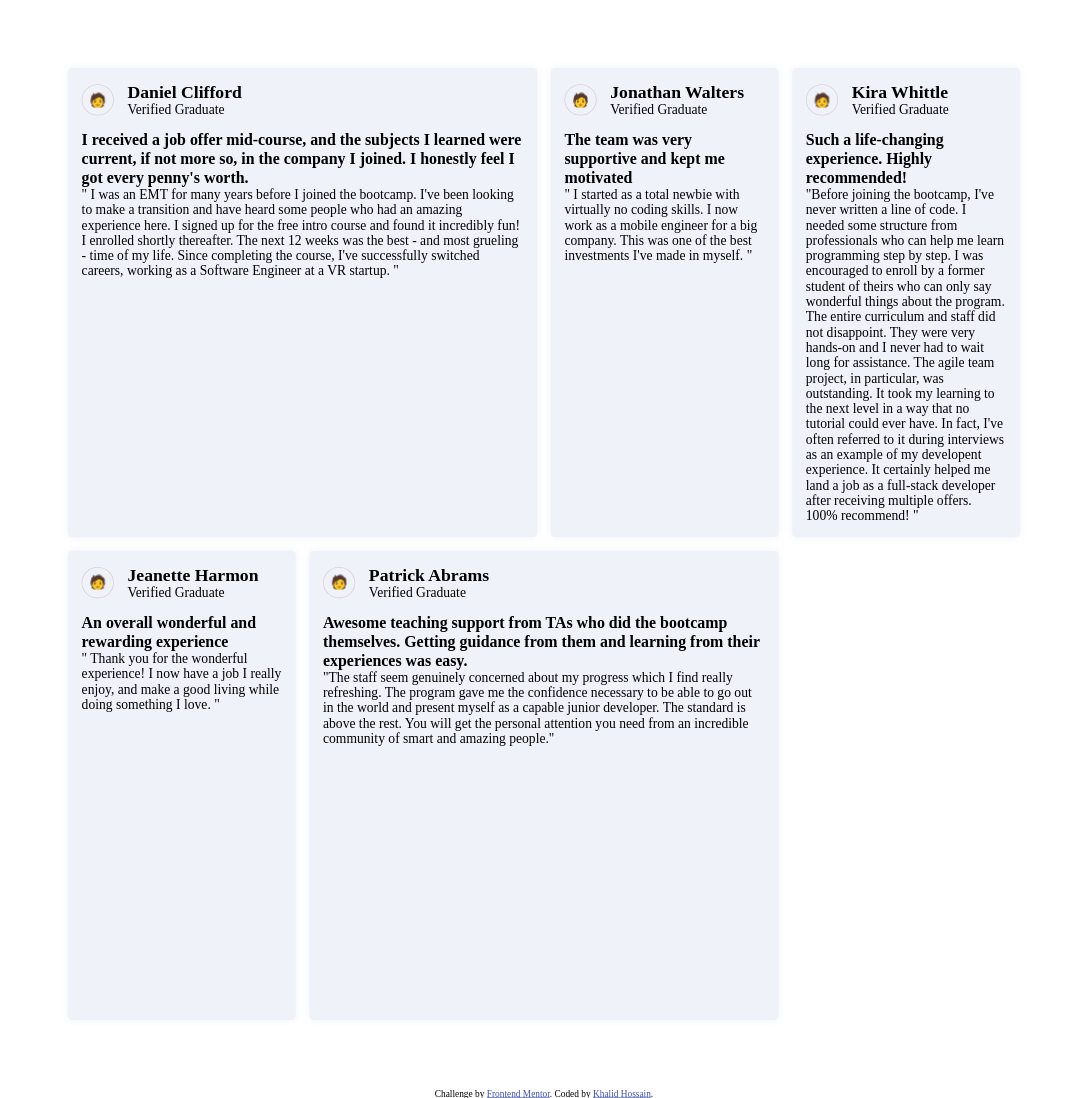
Repository: badhon252/Testimonials-Grid-Section
Page: index.html
These files come from the project's save history. The page is drawn as it stood at one moment and after the next save; the edit follows.
The browser window is 1280 px wide. The pictures show the whole page, at 85% of full size.

Above is the page before, as saved 2023-02-18 16:31:49.

After the next save:
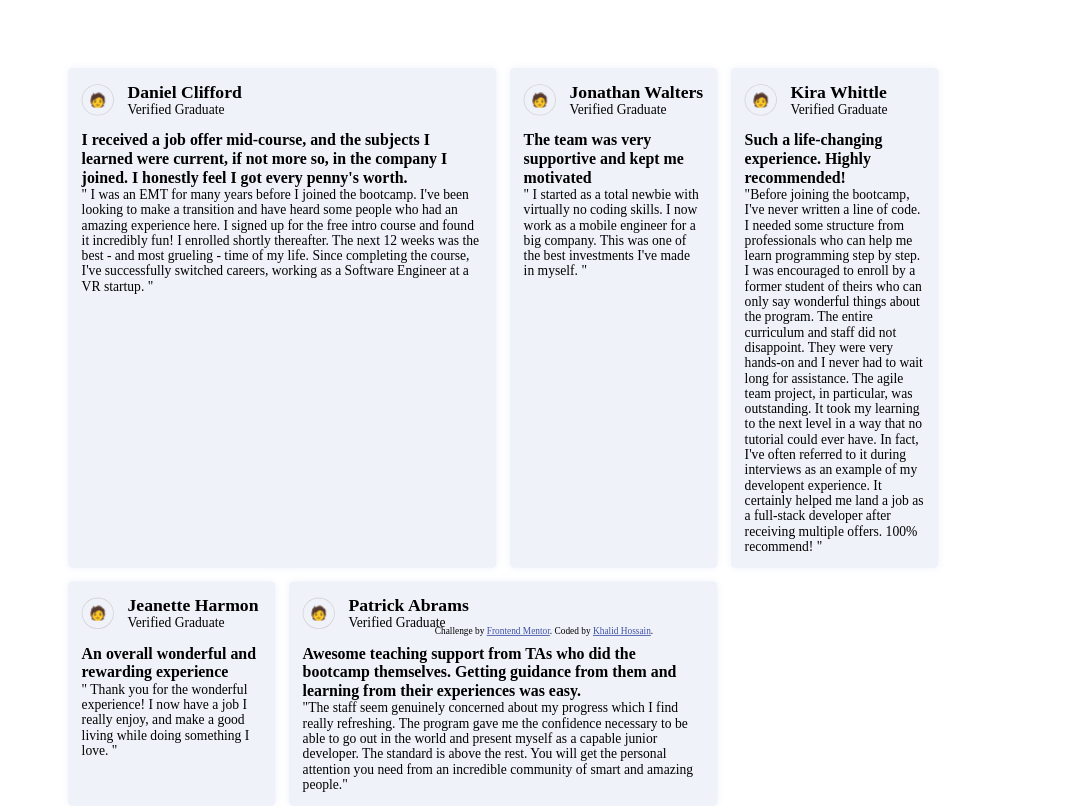
Saved 84 s later.
--- a/css/style.css
+++ b/css/style.css
@@ -21,8 +21,8 @@ body {
     grid-gap: 1rem;
     align-items: stretch;
     margin: 5rem;
-    max-width: 80rem;
-    max-height: 80rem;
+    max-width: 80vw;
+    max-height: 80vh;
 }
 
 .heading {
